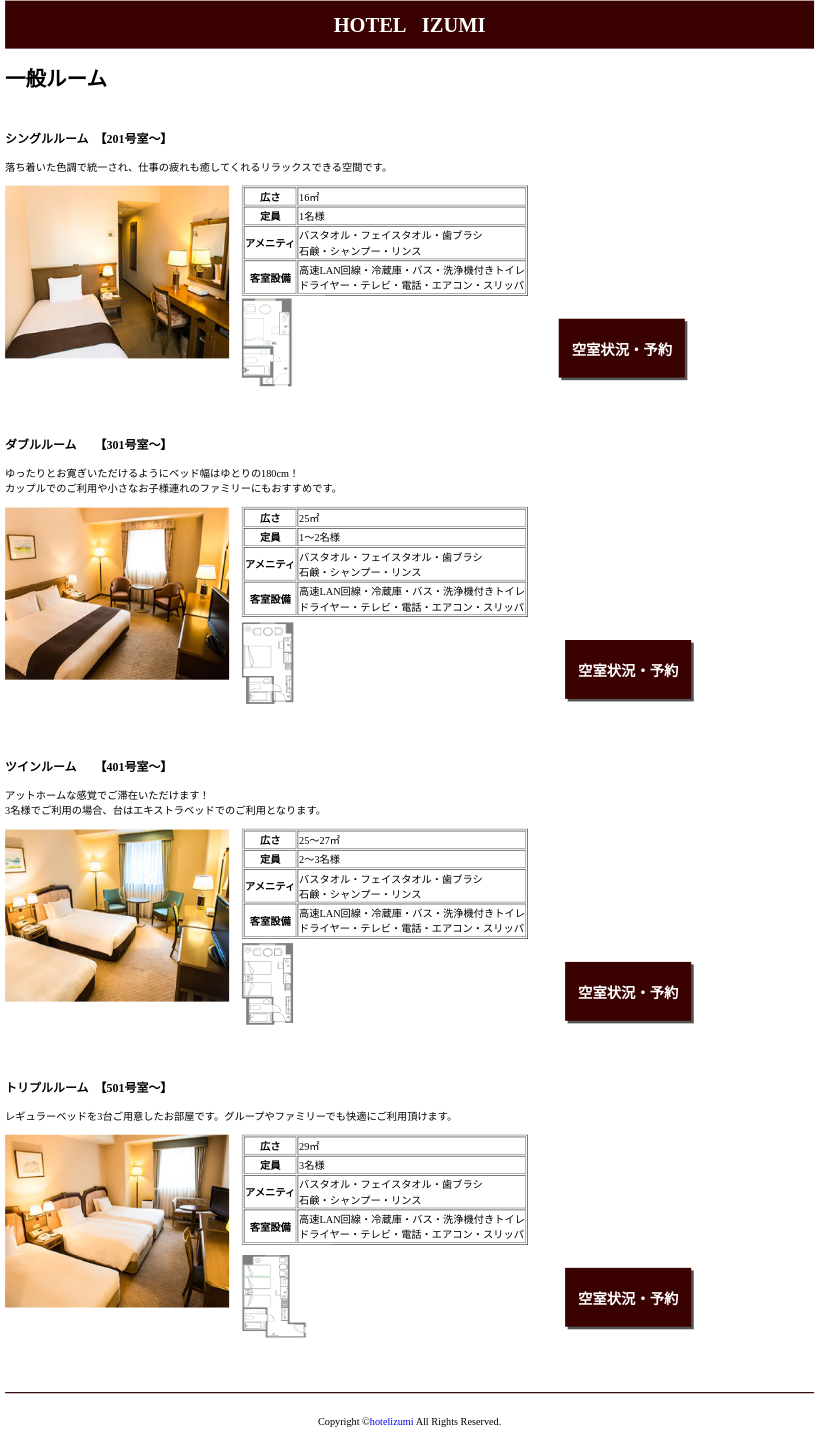
Repository: sep-dev/hotel_site
Page: http://localhost/HOTEL_IZUMI/general
The author's editor kept a copy of each file at every save. The page is drawn from the files as they stood at one save, then again after the next save.
The browser window is 1280 px wide. The pictures show the whole page, at 64% of full size.
The page is served by Tomcat 9.

Above is the page before, as saved 2016-05-25 06:19:38.

After the next save:
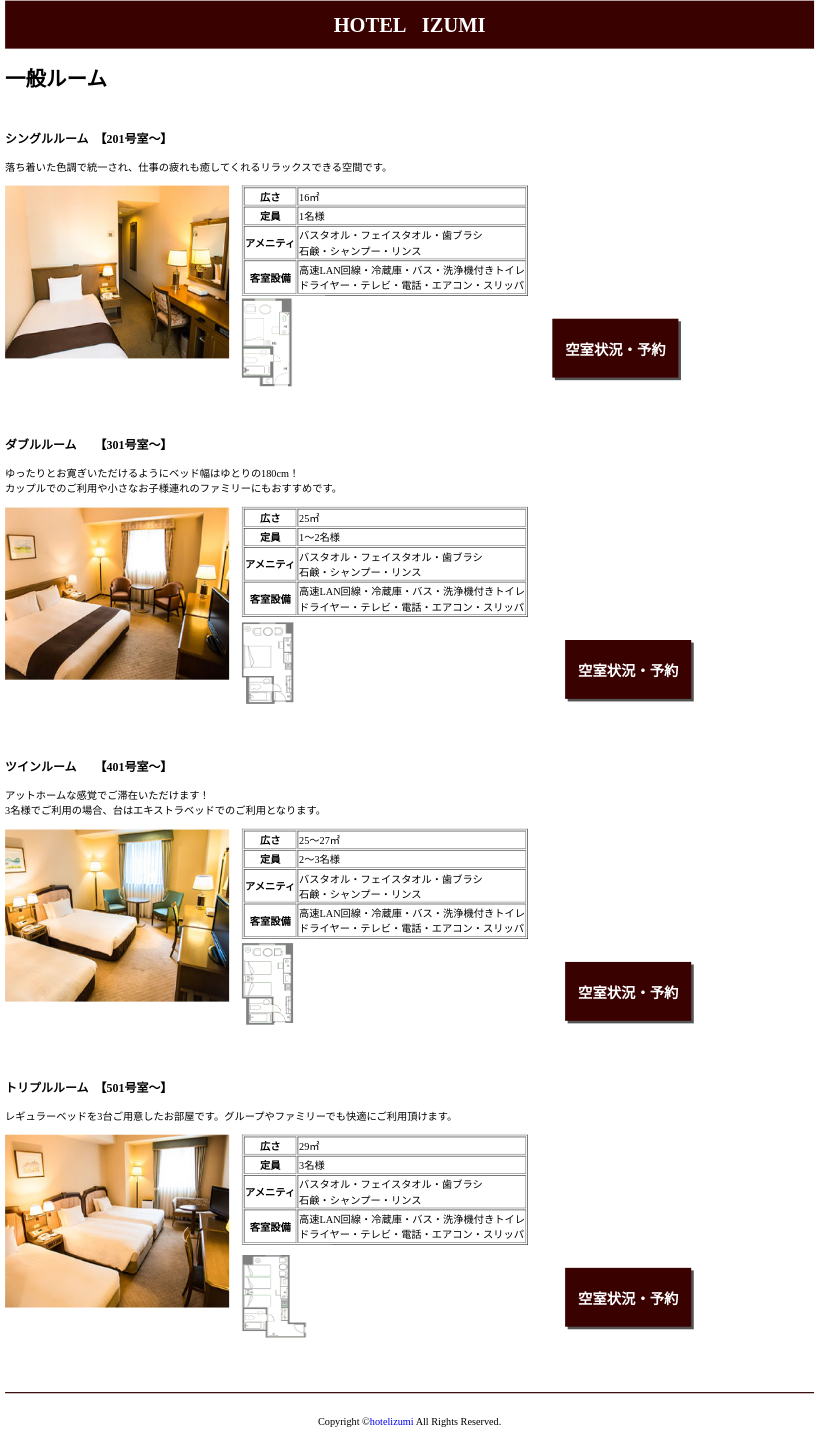
Saved 8 s later.
--- a/HOTEL_IZUMI/src/main/webapp/WEB-INF/views/general.jsp
+++ b/HOTEL_IZUMI/src/main/webapp/WEB-INF/views/general.jsp
@@ -51,7 +51,7 @@
 
       <img src="./resources/picture/ph01_shw1.png" alt="間取り図" width="130" height="146" align="left" ><br><br>
 
-      <button class="button2" type="submit" style="position: absolute; right: 210px;">空室状況・予約</button>
+      <button class="button2" type="submit" style="position: absolute; right: 220px;">空室状況・予約</button>
       <br clear="all">
       <br><br><br>
 
